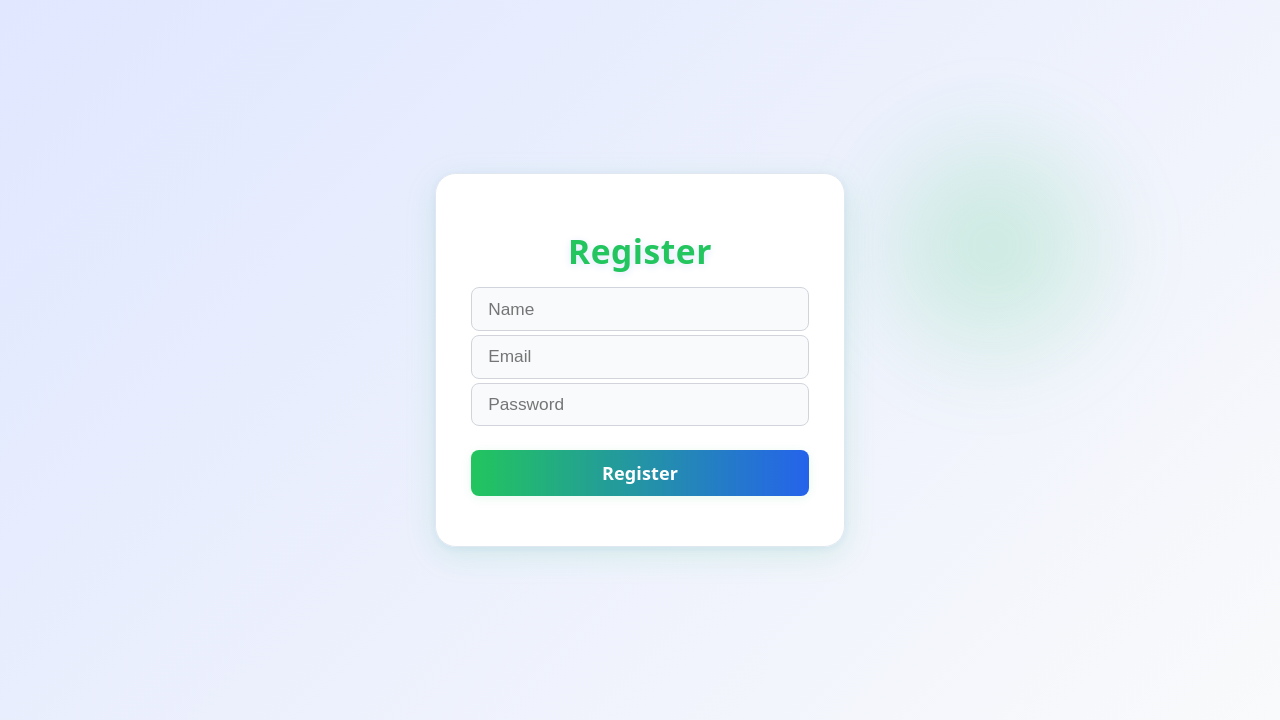
Repository: him021204/Task-Manager
Page: /register (app in client/)
An editor plug-in stored every save of this project. The page is shown before and after the next save, followed by the edit.
The browser window is 1280 px wide. The pictures show the whole page.
The page's requests for data from a server got no answer. The project was rebuilt for these pictures with package versions that can differ from the ones it lists, and the page was loaded fresh each time. No one was signed in, and anything a server would have sent is missing. Also part of the build but not shown: client/vite.config.js, client/src/pages/Dashboard.css, client/src/pages/Dashboard.jsx, client/src/pages/Login.css, client/src/pages/Login.jsx, client/src/pages/Analytics.css, client/src/pages/Analytics.jsx, client/src/pages/CalendarView.css and 1 more.

Above is the page before, as saved 2025-06-19 19:57:20.

### client/src/main.jsx
import React from 'react';
import ReactDOM from 'react-dom/client';
import App from './App.jsx';
import './index.css';
import 'react-big-calendar/lib/css/react-big-calendar.css';
ReactDOM.createRoot(document.getElementById('root')).render(
  <React.StrictMode>
    <App />
  </React.StrictMode>,
);

### client/src/App.jsx
import 'react-big-calendar/lib/css/react-big-calendar.css';
import { BrowserRouter as Router, Routes, Route } from 'react-router-dom';
import { SocketProvider } from './context/SocketContext';
import { AuthProvider } from './context/AuthContext';
import Home from './pages/Home';
import Dashboard from './pages/Dashboard';
import Login from './pages/Login';
import Register from './pages/Register';
import Analytics from './pages/Analytics';
import CalendarView from './pages/CalendarView';
import { ToastContainer } from 'react-toastify';
import 'react-toastify/dist/ReactToastify.css';

const App = () => {
  // You can also remove the dark state if not needed
  // const [dark, setDark] = useState(false);
  return (
    <div className="min-h-screen bg-gray-100 text-black">
      <AuthProvider>
        <SocketProvider>
          <Router>
            <main className="pt-12 px-2 max-w-7xl mx-auto">
              <Routes>
                <Route path="/" element={<Login />} />
                <Route path="/home" element={<Home />} />
                <Route path="/dashboard" element={<Dashboard />} />
                <Route path="/register" element={<Register />} />
                <Route path="/analytics" element={<Analytics />} />
                <Route path="/calendar" element={<CalendarView />} />
              </Routes>
            </main>
          </Router>
          <ToastContainer position="top-right" autoClose={3000} />
        </SocketProvider>
      </AuthProvider>
    </div>
  );
};

export default App;

### client/src/context/SocketContext.jsx
import { createContext, useContext, useEffect } from 'react';
import { socket } from '../utils/socket';

const SocketContext = createContext();

export const SocketProvider = ({ children }) => {
  useEffect(() => {
    return () => socket.disconnect();
  }, []);

  return (
    <SocketContext.Provider value={socket}>
      {children}
    </SocketContext.Provider>
  );
};

export const useSocket = () => useContext(SocketContext);

### client/src/context/AuthContext.jsx
import { createContext, useContext, useEffect, useState } from 'react';
import axios from 'axios';

export const AuthContext = createContext();

export const AuthProvider = ({ children }) => {
  const [user, setUser] = useState(null);
  const [token, setToken] = useState(localStorage.getItem('token'));

  useEffect(() => {
    if (token) {
      axios.defaults.headers.common['Authorization'] = `Bearer ${token}`;
      setUser(JSON.parse(localStorage.getItem('user')));
    }
  }, [token]);

  const login = (data) => {
    localStorage.setItem('token', data.token);
    localStorage.setItem('user', JSON.stringify(data.user));
    setUser(data.user);
    setToken(data.token);
  };

  const logout = () => {
    localStorage.clear();
    setUser(null);
    setToken(null);
  };

  return (
    <AuthContext.Provider value={{ user, login, logout }}>
      {children}
    </AuthContext.Provider>
  );
};

export const useAuth = () => useContext(AuthContext);

### client/src/pages/Home.jsx
import React from 'react';
import { Link, useNavigate } from 'react-router-dom';
import { useEffect } from 'react';
import './Home.css';

const features = [
  {
    title: "Project Organization",
    desc: "Easily create, manage, and prioritize all your projects in one place with intelligent categorization.",
    icon: (
      <svg className="feature-icon blue-icon" fill="none" stroke="currentColor" strokeWidth="2" viewBox="0 0 24 24">
        <rect x="3" y="4" width="18" height="6" rx="2" />
        <rect x="3" y="14" width="9" height="6" rx="2" />
        <rect x="15" y="14" width="6" height="6" rx="2" />
      </svg>
    ),
  },
  {
    title: "Kanban Boards",
    desc: "Visualize your workflow with drag-and-drop simplicity. Track progress like never before.",
    icon: (
      <svg className="feature-icon green-icon" fill="none" stroke="currentColor" strokeWidth="2" viewBox="0 0 24 24">
        <rect x="3" y="5" width="4" height="14" rx="2" />
        <rect x="10" y="5" width="4" height="9" rx="2" />
        <rect x="17" y="5" width="4" height="4" rx="2" />
      </svg>
    ),
  },
  {
    title: "Team Collaboration",
    desc: "Real-time updates, seamless communication, and synchronized teamwork across all devices.",
    icon: (
      <svg className="feature-icon purple-icon" fill="none" stroke="currentColor" viewBox="0 0 24 24">
        <circle cx="8" cy="8" r="3" />
        <circle cx="16" cy="8" r="3" />
        <path d="M2 20v-2a4 4 0 014-4h4a4 4 0 014 4v2" />
        <path d="M17 20v-2a4 4 0 013-3.87" />
      </svg>
    ),
  },
];

const Login = () => {
  const navigate = useNavigate();

  useEffect(() => {
    // If token exists, redirect to home
    if (localStorage.getItem('token')) {
      navigate('/home'); // or navigate('/') if your home route is "/"
    }
  }, [navigate]);

  // ...rest of your component...
};

const Home = () => {
  const handleGetStartedHover = (e) => {
    e.target.style.transform = 'translateY(-8px)';
    e.target.style.boxShadow = '0 25px 50px rgba(37, 99, 235, 0.4)';
  };

  const handleGetStartedLeave = (e) => {
    e.target.style.transform = 'translateY(0)';
    e.target.style.boxShadow = '0 20px 40px rgba(37, 99, 235, 0.3)';
  };

  const handleStatHover = (e) => {
    e.target.style.transform = 'translateY(-12px)';
    e.target.style.boxShadow = '0 30px 60px rgba(0, 0, 0, 0.15)';
  };

  const handleStatLeave = (e) => {
    e.target.style.transform = 'translateY(0)';
    e.target.style.boxShadow = '0 20px 40px rgba(0, 0, 0, 0.1)';
  };

  const handleFeatureHover = (e) => {
    e.target.style.transform = 'translateY(-16px)';
    e.target.style.boxShadow = '0 40px 80px rgba(0, 0, 0, 0.15)';
  };

  const handleFeatureLeave = (e) => {
    e.target.style.transform = 'translateY(0)';
    e.target.style.boxShadow = '0 30px 60px rgba(0, 0, 0, 0.1)';
  };

  const handleTrialButtonHover = (e) => {
    e.target.style.transform = 'translateY(-8px)';
    e.target.style.background = '#f8fafc';
  };

  const handleTrialButtonLeave = (e) => {
    e.target.style.transform = 'translateY(0)';
    e.target.style.background = 'white';
  };

  const handleFooterLinkHover = (e) => {
    e.target.style.color = '#2563eb';
  };

  const handleFooterLinkLeave = (e) => {
    e.target.style.color = '#64748b';
  };

  return (
    <div className="home-container">
      {/* Navigation Bar */}
      <nav className="navbar">
        <div className="nav-content">
          <span className="logo">Task Manager</span>
          <div className="nav-links">
            <Link to="/home" className="nav-link active">Home</Link>
            <Link to="/dashboard" className="nav-link">Dashboard</Link>
            <Link to="/analytics" className="nav-link">Analytics</Link>
            <Link to="/calendar" className="nav-link">Calendar</Link>
            <Link to="/" className="nav-link">Login</Link>
          </div>
        </div>
      </nav>

      {/* Welcome Message */}
      <div className="welcome-banner">
      </div>

      {/* Hero Section */}
      <header className="hero-section">
        {/* Background Elements */}
        <div className="bg-element bg-element-1"></div>
        <div className="bg-element bg-element-2"></div>

        <div className="hero-content">
          <div className="hero-text">
            {/* Main Heading */}
            <div className="main-heading">
              <h1 className="heading-line-1">Boost Your Productivity</h1>
            </div>

            {/* Subtitle */}
            <p className="subtitle">
              Transform chaos into clarity. Manage tasks, projects, and teams with the most
              <span className="highlight"> intuitive platform </span>
              designed for modern workflows.
            </p>

            {/* CTA Buttons */}
            <div className="cta-container">
              <Link
                to="/"
                className="cta-button"
                onMouseEnter={handleGetStartedHover}
                onMouseLeave={handleGetStartedLeave}
              >
                <span>Get Started Free</span>
                <svg width="20" height="20" fill="none" stroke="currentColor" viewBox="0 0 24 24">
                  <path strokeLinecap="round" strokeLinejoin="round" strokeWidth="2" d="M13 7l5 5m0 0l-5 5m5-5H6"></path>
                </svg>
              </Link>
            </div>
          </div>

          {/* Stats Section */}
          <div className="stats-grid">
            {[
              { number: "10K+", label: "Tasks Completed Daily", icon: "📋", gradient: "gradient-blue" },
              { number: "99.9%", label: "Uptime Guarantee", icon: "⚡", gradient: "gradient-green" },
              { number: "Real-time", label: "Team Collaboration", icon: "👥", gradient: "gradient-purple" }
            ].map((stat, idx) => (
              <div
                key={idx}
                className="stat-card"
                onMouseEnter={handleStatHover}
                onMouseLeave={handleStatLeave}
              >
                <div className="stat-icon">{stat.icon}</div>
                <div className={`stat-number ${stat.gradient}`}>
                  {stat.number}
                </div>
                <div className="stat-label">
                  {stat.label}
                </div>
              </div>
            ))}
          </div>
        </div>
      </header>

      {/* Features Section */}
      <section className="features-section">
        <div className="features-container">
          {/* Section Header */}
          <div className="section-header">
            <h2 className="features-title">Powerful Features</h2>
            <p className="features-subtitle">
              Everything you need to transform your workflow and achieve unprecedented productivity
            </p>
          </div>

          {/* Features Grid */}
          <div className="features-grid">
            {features.map((feature, idx) => (
              <div
                key={idx}
                className="feature-card"
                onMouseEnter={handleFeatureHover}
                onMouseLeave={handleFeatureLeave}
              >
                {/* Icon */}
                <div className="feature-icon-container">
                  {feature.icon}
                </div>

                {/* Content */}
                <h3 className="feature-title">{feature.title}</h3>
                <p className="feature-description">{feature.desc}</p>
              </div>
            ))}
          </div>

          {/* Bottom CTA */}
          <div className="bottom-cta">
            <div className="cta-card">
              <div className="cta-overlay"></div>
              <div className="cta-content">
                <h3 className="cta-title">
                  Ready to Transform Your Productivity?
                </h3>
                <p className="cta-subtitle">
                  Join thousands of teams who've revolutionized their workflow
                </p>
                <Link
                  to="/"
                  className="trial-button"
                  onMouseEnter={handleTrialButtonHover}
                  onMouseLeave={handleTrialButtonLeave}
                >
                  <span>Start Your Free Trial</span>
                  <svg width="24" height="24" fill="none" stroke="currentColor" viewBox="0 0 24 24">
                    <path strokeLinecap="round" strokeLinejoin="round" strokeWidth="2" d="M13 7l5 5m0 0l-5 5m5-5H6"></path>
                  </svg>
                </Link>
              </div>
            </div>
          </div>
        </div>
      </section>

      {/* Footer */}
      <footer className="footer">
        <div className="footer-content">
          <p className="footer-text">
            © {new Date().getFullYear()} Task Manager. Built for teams and individuals who value productivity.
          </p>
          <div className="footer-links">
            {["Privacy Policy", "Terms of Service", "Contact Us"].map((link, idx) => (
              <a
                key={idx}
                href="#"
                className="footer-link"
                onMouseEnter={handleFooterLinkHover}
                onMouseLeave={handleFooterLinkLeave}
              >
                {link}
              </a>
            ))}
          </div>
        </div>
      </footer>
    </div>
  );
};

export default Home;

### client/src/pages/Register.jsx
import { useState } from 'react';
import axios from 'axios';
import { useNavigate } from 'react-router-dom';
import './Register.css';

const Register = () => {
  const [form, setForm] = useState({ name: '', email: '', password: '' });
  const navigate = useNavigate();

  const handleSubmit = async (e) => {
    e.preventDefault();
    await axios.post('http://localhost:5000/api/auth/register', form);
    navigate('/login');
  };

  return (
    <div className="register-bg">
      <form onSubmit={handleSubmit} className="register-form">
        <h2 className="register-title">Register</h2>
        <input
          className="register-input"
          type="text"
          placeholder="Name"
          onChange={e => setForm({ ...form, name: e.target.value })}
        />
        <input
          className="register-input"
          type="email"
          placeholder="Email"
          onChange={e => setForm({ ...form, email: e.target.value })}
        />
        <input
          className="register-input"
          type="password"
          placeholder="Password"
          onChange={e => setForm({ ...form, password: e.target.value })}
        />
        <button className="register-btn" type="submit">Register</button>
      </form>
    </div>
  );
};

export default Register;

### client/src/pages/Register.css
.register-bg {
  min-height: 100vh;
  width: 100vw;
  display: flex;
  align-items: center;
  justify-content: center;
  background: linear-gradient(135deg, #e0e7ff 0%, #f9fafb 100%);
  padding: 3rem 1rem;
  position: relative;
  overflow: hidden;
}

/* Decorative blurred circle for depth */
.register-bg::before {
  content: "";
  position: absolute;
  top: 12%;
  left: 65%;
  width: 320px;
  height: 320px;
  background: radial-gradient(circle, #22c55e33 0%, transparent 70%);
  filter: blur(30px);
  z-index: 0;
  pointer-events: none;
}

/* Glassy register card */
.register-form {
  width: 100%;
  max-width: 410px;
  background: rgba(255,255,255,0.97);
  border-radius: 1.3rem;
  box-shadow: 0 8px 32px rgba(34, 197, 94, 0.13), 0 2px 8px rgba(37, 99, 235, 0.08);
  padding: 2.7rem 2.2rem 2rem 2.2rem;
  margin: 0 auto;
  border: 1.5px solid #e0e7ef;
  transition: box-shadow 0.2s;
  backdrop-filter: blur(2px);
  position: relative;
  z-index: 1;
  display: flex;
  flex-direction: column;
  align-items: center;
}

/* Logo or avatar area */
.register-avatar {
  width: 64px;
  height: 64px;
  border-radius: 50%;
  background: linear-gradient(135deg, #22c55e 60%, #2563eb 100%);
  display: flex;
  align-items: center;
  justify-content: center;
  margin: 0 auto 1.1rem auto;
  box-shadow: 0 2px 12px rgba(34, 197, 94, 0.10);
}
.register-avatar svg {
  width: 38px;
  height: 38px;
  color: #fff;
}

.register-title {
  margin-top: 0.5rem;
  text-align: center;
  font-size: 2.1rem;
  font-weight: 900;
  color: #22c55e;
  letter-spacing: 0.5px;
  margin-bottom: 0.7rem;
  text-shadow: 0 2px 8px #e0e7ff;
}

.register-alert {
  background: #fef2f2;
  border: 1.5px solid #fecaca;
  color: #dc2626;
  padding: 0.85rem 1.2rem;
  border-radius: 0.7rem;
  margin-bottom: 1.1rem;
  font-size: 1.05rem;
  text-align: center;
  font-weight: 500;
  letter-spacing: 0.1px;
}

.register-label {
  display: block;
  font-size: 1.07rem;
  font-weight: 600;
  color: #334155;
  margin-bottom: 0.25rem;
  letter-spacing: 0.1px;
}

.register-input {
  width: 100%;
  padding: 0.65rem 1rem;
  border: 1.5px solid #d1d5db;
  border-radius: 0.5rem;
  font-size: 1.08rem;
  color: #1e293b;
  background: #f8fafc;
  margin-bottom: 0.25rem;
  transition: border 0.2s, box-shadow 0.2s;
  font-weight: 500;
}

.register-input:focus {
  outline: none;
  border-color: #22c55e;
  background: #fff;
  box-shadow: 0 0 0 2px #22c55e22;
}

.register-input.error {
  border-color: #f87171;
  background: #fef2f2;
}

.register-error {
  color: #dc2626;
  font-size: 0.98rem;
  margin-bottom: 0.5rem;
  font-weight: 500;
}

.register-btn {
  width: 100%;
  display: flex;
  justify-content: center;
  align-items: center;
  padding: 0.7rem 0;
  background: linear-gradient(90deg, #22c55e 0%, #2563eb 100%);
  color: #fff;
  font-weight: 700;
  font-size: 1.13rem;
  border: none;
  border-radius: 0.5rem;
  margin-top: 1.2rem;
  margin-bottom: 1.1rem;
  cursor: pointer;
  transition: background 0.2s, box-shadow 0.2s;
  box-shadow: 0 2px 12px rgba(34, 197, 94, 0.10);
  letter-spacing: 0.1px;
}

.register-btn:disabled {
  background: #cbd5e1;
  cursor: not-allowed;
  box-shadow: none;
}

.register-btn:hover:not(:disabled) {
  background: linear-gradient(90deg, #16a34a 0%, #2563eb 100%);
  box-shadow: 0 4px 16px rgba(34, 197, 94, 0.13);
}

.register-links {
  display: flex;
  justify-content: space-between;
  align-items: center;
  margin-top: 0.7rem;
  width: 100%;
}

.register-link-btn {
  background: none;
  border: none;
  color: #22c55e;
  font-weight: 600;
  font-size: 1.01rem;
  cursor: pointer;
  padding: 0;
  transition: color 0.2s;
  letter-spacing: 0.1px;
}

.register-link-btn:hover {
  color: #2563eb;
  text-decoration: underline;
}

@media (max-width: 500px) {
  .register-form {
    padding: 1.2rem 0.5rem 1rem 0.5rem;
    min-width: 0;
  }
  .register-title {
    font-size: 1.3rem;
  }
}

Loaded but not shown: client/index.html (common file); client/src/index.css (common file); client/src/utils/socket.js (2 lines, source omitted); client/src/pages/Home.css (542 lines, source omitted)

After the next save:
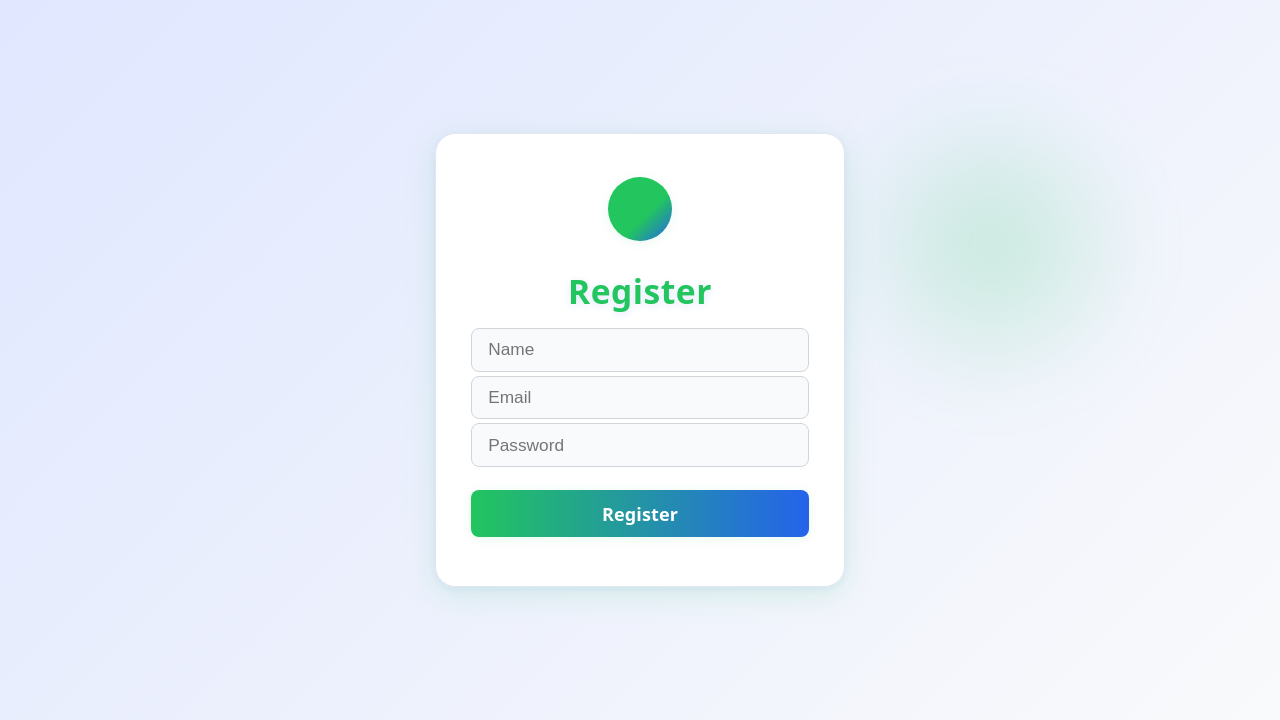
Saved 75 s later.
--- a/client/src/pages/Register.jsx
+++ b/client/src/pages/Register.jsx
@@ -5,37 +5,66 @@ import './Register.css';
 
 const Register = () => {
   const [form, setForm] = useState({ name: '', email: '', password: '' });
+  const [loading, setLoading] = useState(false);
+  const [error, setError] = useState('');
   const navigate = useNavigate();
 
   const handleSubmit = async (e) => {
     e.preventDefault();
-    await axios.post('http://localhost:5000/api/auth/register', form);
-    navigate('/login');
+    setLoading(true);
+    setError('');
+    try {
+      await axios.post('http://localhost:5000/api/auth/register', form);
+      navigate('/login');
+    } catch (err) {
+      setError(
+        err.response?.data?.error ||
+        'Registration failed. Please try again.'
+      );
+    } finally {
+      setLoading(false);
+    }
   };
 
   return (
     <div className="register-bg">
       <form onSubmit={handleSubmit} className="register-form">
+        <div className="register-avatar">
+          {/* Example SVG icon */}
+          <svg viewBox="0 0 24 24" fill="none">
+            <circle cx="12" cy="8" r="4" />
+            <path d="M4 20c0-4 16-4 16 0" />
+          </svg>
+        </div>
         <h2 className="register-title">Register</h2>
+        {error && <div className="register-alert">{error}</div>}
         <input
           className="register-input"
           type="text"
           placeholder="Name"
+          value={form.name}
           onChange={e => setForm({ ...form, name: e.target.value })}
+          required
         />
         <input
           className="register-input"
           type="email"
           placeholder="Email"
+          value={form.email}
           onChange={e => setForm({ ...form, email: e.target.value })}
+          required
         />
         <input
           className="register-input"
           type="password"
           placeholder="Password"
+          value={form.password}
           onChange={e => setForm({ ...form, password: e.target.value })}
+          required
         />
-        <button className="register-btn" type="submit">Register</button>
+        <button className="register-btn" type="submit" disabled={loading}>
+          {loading ? 'Registering...' : 'Register'}
+        </button>
       </form>
     </div>
   );
